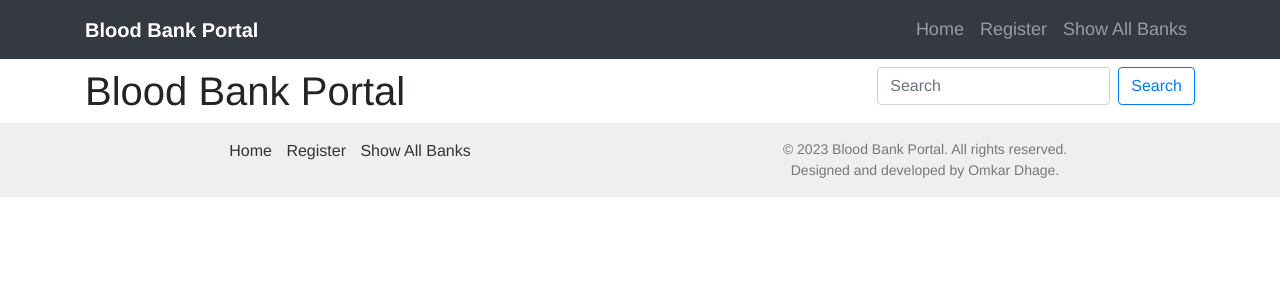
Repository: omi4535/Decentralized_Blood_Bank_System
Page: http://localhost/blood_bank_system/banks
These files come from the project's save history. The page is drawn as it stood at one moment and after the next save; the edit follows.
The browser window is 1280 px wide. The pictures show the whole page.
Some web libraries are served in a nearby version. The page is served by Tomcat 9. Other server files are loaded and not shown. Queries for data that is not in the repository find no rows.

Above is the page before, as saved 2023-07-03 15:43:21.

### blood bank system/src/main/webapp/All_banks.jsp
<%@ page language="java" contentType="text/html; charset=UTF-8"
	pageEncoding="UTF-8"%>
<%@ taglib prefix="c" uri="http://java.sun.com/jsp/jstl/core"%>
<%@ taglib prefix="fmt" uri="http://java.sun.com/jsp/jstl/fmt"%>
<!DOCTYPE html>
<html lang="en">
<head>
<meta charset="UTF-8">
<meta name="viewport" content="width=device-width, initial-scale=1.0">
<title>Blood Bank Entries</title>
<link rel="stylesheet"
	href="https://maxcdn.bootstrapcdn.com/bootstrap/4.5.2/css/bootstrap.min.css">
</head>
<style>
.card{
	background-color:black;
}

</style>
<body>
	<%@ include file="NavBar.jsp"%>
	 <div class="container mt-2">
        <div class="row">
            <div class="col-md-6">
                <h1>Blood Bank Portal</h1>
            </div>
            <div class="col-md-6">
                <form class="form-inline float-right">
                    <input class="form-control mr-sm-2" type="search" placeholder="Search" aria-label="Search">
                    <button class="btn btn-outline-primary my-2 my-sm-0" type="submit">Search</button>
                </form>
            </div>
        </div>
    </div>

		<div class="container">
			<c:forEach items="${bloodBanks}" var="bloodBank">
				<div class="row" style="padding=10px;">
					<div class="col">
						<div class="card blood-bank-card border-danger mb-3">
							 <div class="card-header">
								<h2 class="card-title">Name : ${bloodBank.name}</h2>
								</div>
								<div class="card-body text-danger">
								<p class="card-text">Address : ${bloodBank.address}</p>
								<p class="card-text">Region : ${bloodBank.region}</p>
								<p class="card-text">Contact : ${bloodBank.contactNumber}</p>
								<p class="card-text">Email: ${bloodBank.email}</p>
							</div>
						</div>
					</div>
					<!-- Repeat the above code for each blood bank -->
				</div>
			</c:forEach>
		</div>

		<!--  <table class="table table-bordered">

            <tbody>
                <c:forEach items="${bloodBanks}" var="bloodBank">
                    <tr>
                        <td>${bloodBank.name}</td>
                        <td>${bloodBank.address}</td>
                        <td>${bloodBank.region}</td>
                        <td>${bloodBank.contactNumber}</td>
                        <td>${bloodBank.email}</td>
                    </tr>
                </c:forEach>
            </tbody>
        </table>-->
	</div>
	<%@ include file="footer.jsp"%>
	<script src="https://code.jquery.com/jquery-3.5.1.slim.min.js"></script>
	<script
		src="https://cdn.jsdelivr.net/npm/@popperjs/core@1.16.0/dist/umd/popper.min.js"></script>
	<script
		src="https://maxcdn.bootstrapcdn.com/bootstrap/4.5.2/js/bootstrap.min.js"></script>
</body>
</html>

### blood bank system/src/main/webapp/NavBar.jsp
<%@ page language="java" contentType="text/html; charset=UTF-8"
    pageEncoding="UTF-8"%>
<!DOCTYPE html>
<html>
<head>
    <meta charset="UTF-8">
    <meta name="viewport" content="width=device-width, initial-scale=1.0">
    <title>Blood Bank Portal</title>
    <link rel="stylesheet" href="https://maxcdn.bootstrapcdn.com/bootstrap/4.5.2/css/bootstrap.min.css">
    <style>
        .navbar-brand {
            font-weight: bold;
        }

        .navbar-nav .nav-link {
            font-size: 18px;
        }
    </style>
</head>
<body>
    <nav class="navbar navbar-expand-lg navbar-dark bg-dark">
        <div class="container">
            <a class="navbar-brand" href="index.jsp">Blood Bank Portal</a>
            <button class="navbar-toggler" type="button" data-toggle="collapse" data-target="#navbarNav" aria-controls="navbarNav" aria-expanded="false" aria-label="Toggle navigation">
                <span class="navbar-toggler-icon"></span>
            </button>
            <div class="collapse navbar-collapse" id="navbarNav">
                <ul class="navbar-nav ml-auto">
                    <li class="nav-item">
                        <a class="nav-link" href="#">Home</a>
                    </li>
                    <li class="nav-item">
                        <a class="nav-link" href="registration.jsp">Register</a>
                    </li>
                    <li class="nav-item">
                        <a class="nav-link" href="/all_banks">Show All Banks</a>
                    </li>
                </ul>

            </div>
        </div>
    </nav>

</body>
</html>

### blood bank system/src/main/webapp/footer.jsp
<%@ page language="java" contentType="text/html; charset=UTF-8"
	pageEncoding="UTF-8"%>
<!DOCTYPE html>
<html lang="en">
<head>
<meta charset="UTF-8">
<meta name="viewport" content="width=device-width, initial-scale=1.0">
<title>Blood Bank Portal</title>
<link rel="stylesheet"
	href="https://maxcdn.bootstrapcdn.com/bootstrap/4.5.2/css/bootstrap.min.css">
<style>

*,
*:before,
*:after {
  -webkit-box-sizing: border-box;
  -moz-box-sizing:    border-box;
  box-sizing:         border-box;
}

html {
  height: 100%;
}

body {
  position: relative;
  margin: 0;
  padding-bottom: 4rem;
  min-height: 100%;
  font-family: "Helvetica Neue", Arial, sans-serif;
}

.footer {
	background-color: #f8f9fa;
	padding: 20px;
	position: relative;
	right: 0;
	bottom: 0;
	left: 0;
	padding: 1rem;
	background-color: #efefef;
	text-align: center;
}

.footer-links a {
	color: #333;
	margin-right: 10px;
}

.footer-info {
	color: #777;
	font-size: 14px;
}
</style>
</head>
<body>


	<footer class="footer">
		<div class="container">
			<div class="row">
				<div class="col-md-6">
					<div class="footer-links">
						<a href="index.jsp">Home</a> <a href="registration.jsp">Register</a>
						<a href="All_banks.jsp">Show All Banks</a>
					</div>
				</div>
				<div class="col-md-6">
					<div class="footer-info">
						&copy; 2023 Blood Bank Portal. All rights reserved. <br>
						Designed and developed by Omkar Dhage.
					</div>
				</div>
			</div>
		</div>
	</footer>

	<script src="https://code.jquery.com/jquery-3.5.1.slim.min.js"></script>
	<script
		src="https://cdn.jsdelivr.net/npm/@popperjs/core@1.16.0/dist/umd/popper.min.js"></script>
	<script
		src="https://maxcdn.bootstrapcdn.com/bootstrap/4.5.2/js/bootstrap.min.js"></script>
</body>
</html>

### blood bank system/src/main/java/com/blood_bank_system/servlets/all_banks.java
package com.blood_bank_system.servlets;

import java.io.IOException;
import java.util.*;
import com.blood_bank_system.DAO.*;

import javax.servlet.RequestDispatcher;
import javax.servlet.ServletException;
import javax.servlet.annotation.WebServlet;
import javax.servlet.http.HttpServlet;
import javax.servlet.http.HttpServletRequest;
import javax.servlet.http.HttpServletResponse;
import javax.servlet.http.HttpSession;

import com.blood_bank_system.tables.blood_bank;

/**
 * Servlet implementation class all_banks
 */
@WebServlet("/banks")
public class all_banks extends HttpServlet {
	private static final long serialVersionUID = 1L;

	protected void service(HttpServletRequest request, HttpServletResponse response) throws ServletException, IOException {
		List<blood_bank> bank= new ArrayList<>();
		BloodBankDAO dao = new BloodBankDAO();
		try {
			bank = dao.getAllBloodBanks();
		} catch (ClassNotFoundException e) {
			// TODO Auto-generated catch block
			System.out.print("here is exception");
			e.printStackTrace();
		}
		HttpSession session = request.getSession();
		session.setAttribute("bloodBanks", bank);
		RequestDispatcher ds = request.getRequestDispatcher("All_banks.jsp");
		ds.forward(request, response);
	}

}

After the next save:
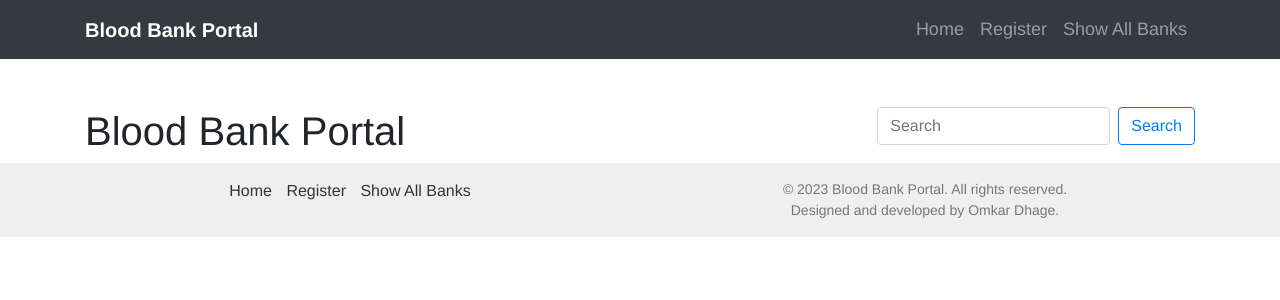
Saved 8 s later.
--- a/blood bank system/src/main/webapp/All_banks.jsp
+++ b/blood bank system/src/main/webapp/All_banks.jsp
@@ -19,7 +19,7 @@
 </style>
 <body>
 	<%@ include file="NavBar.jsp"%>
-	 <div class="container mt-2">
+	 <div class="container mt-5">
         <div class="row">
             <div class="col-md-6">
                 <h1>Blood Bank Portal</h1>

After the save that followed:
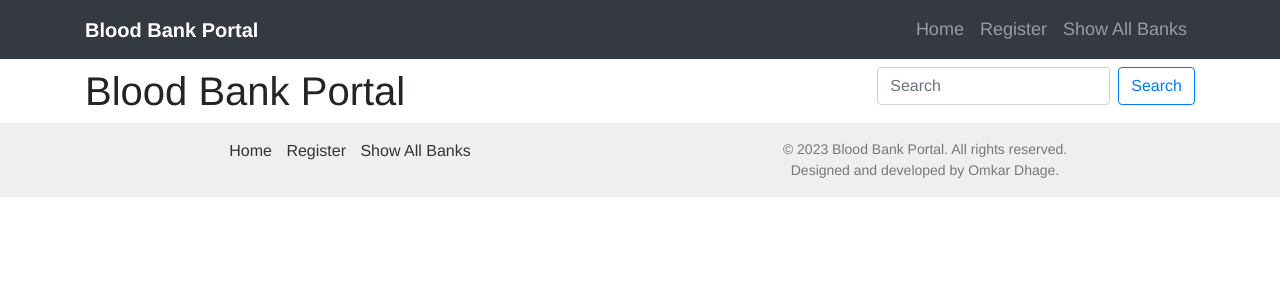
Saved 6 s later.
--- a/blood bank system/src/main/webapp/All_banks.jsp
+++ b/blood bank system/src/main/webapp/All_banks.jsp
@@ -19,7 +19,7 @@
 </style>
 <body>
 	<%@ include file="NavBar.jsp"%>
-	 <div class="container mt-5">
+	 <div class="container mt-2">
         <div class="row">
             <div class="col-md-6">
                 <h1>Blood Bank Portal</h1>
